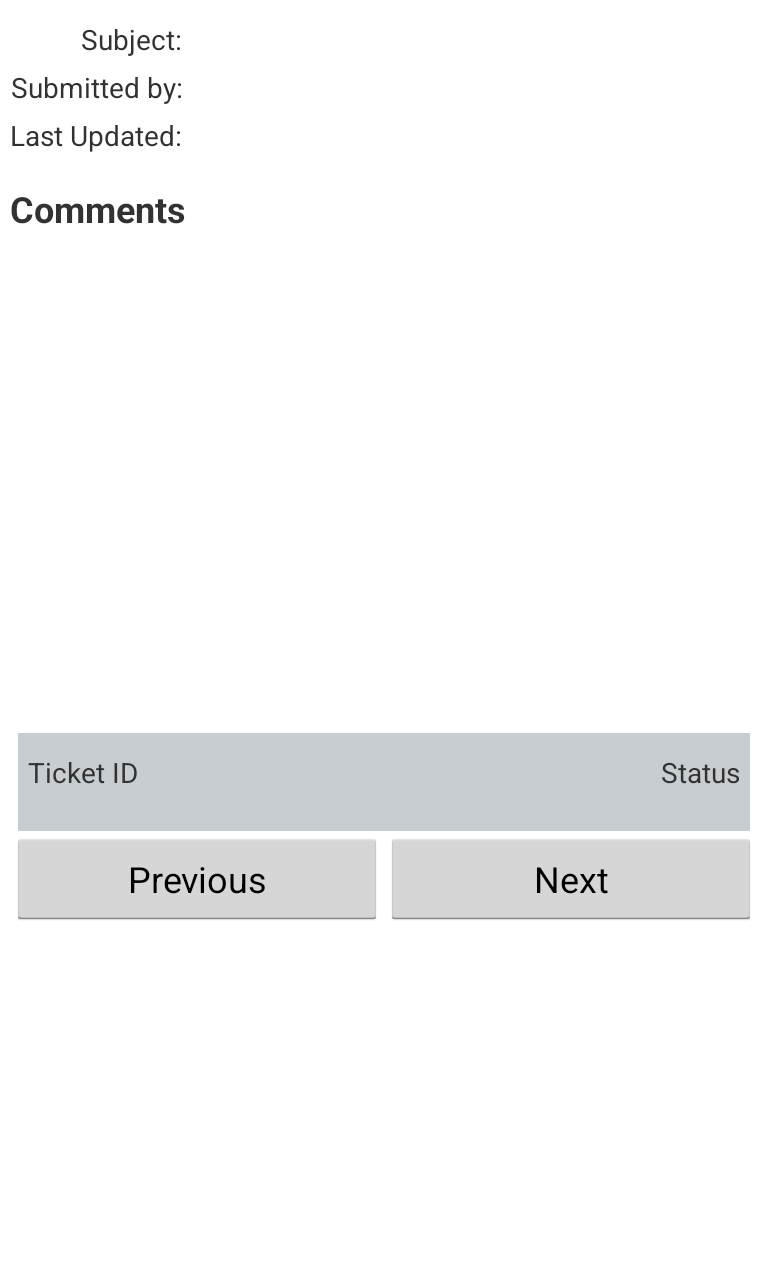
Repository: Pradeep-appstute/First
Layout: Control/res/layout/ticketdetails_view.xml
The author's editor kept a copy of each file at every save. The layout is drawn from the files as they stood at one save, then again after the next save.
It is drawn on a 768 x 1280 px phone screen (xhdpi) without system bars, with theme AppTheme; the app's code is not run. Lists and similar views that code fills are empty.

Above is the layout before, as saved 2014-03-12 10:10:25.

After the next save:
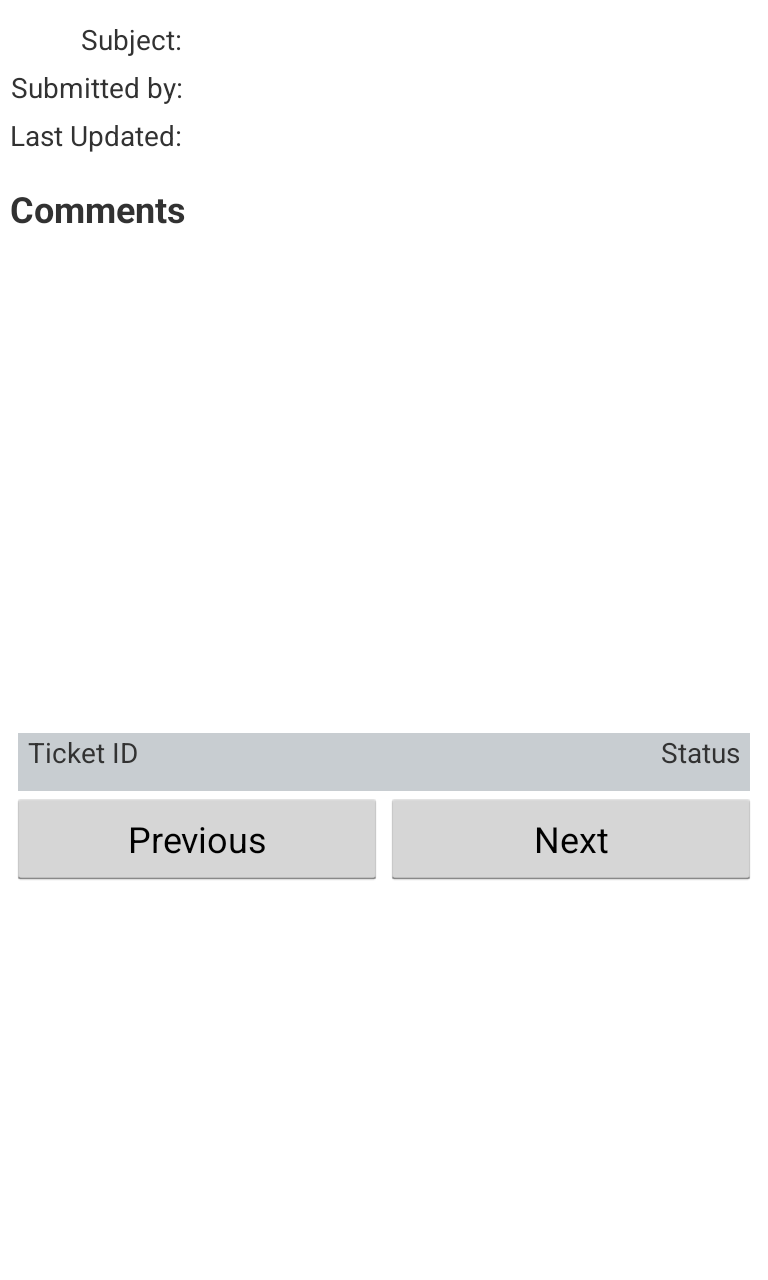
Saved 13 min 32 s later.
--- a/Control/res/layout/ticketdetails_view.xml
+++ b/Control/res/layout/ticketdetails_view.xml
@@ -93,9 +93,7 @@
         android:layout_height="wrap_content"
         android:layout_marginLeft="4dp"
         android:layout_marginRight="4dp"
-        android:background="#4345"
-        android:paddingBottom="10dp"
-        android:paddingTop="10dp" >
+        android:background="#4345" >
 
         <LinearLayout
             android:layout_width="wrap_content"

After the save that followed:
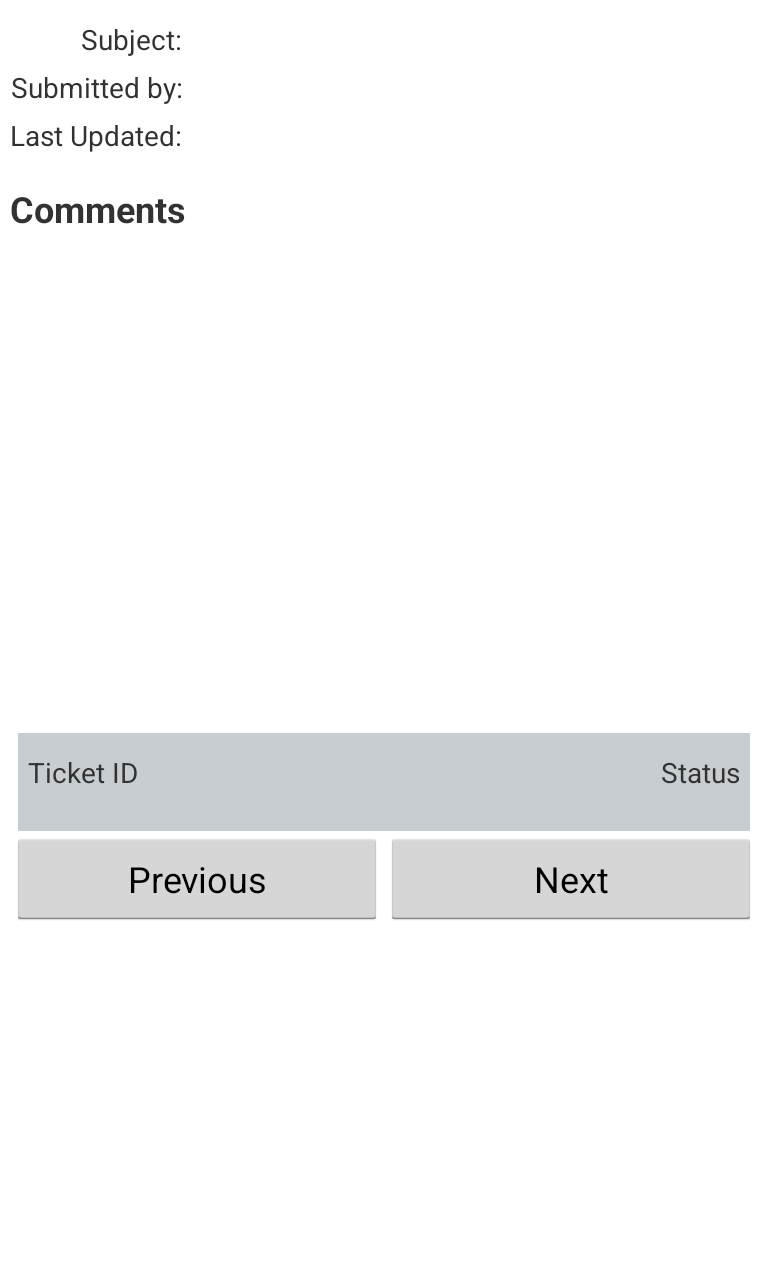
Saved 16 s later.
--- a/Control/res/layout/ticketdetails_view.xml
+++ b/Control/res/layout/ticketdetails_view.xml
@@ -93,7 +93,9 @@
         android:layout_height="wrap_content"
         android:layout_marginLeft="4dp"
         android:layout_marginRight="4dp"
-        android:background="#4345" >
+        android:background="#4345"
+        android:paddingBottom="10dp"
+        android:paddingTop="10dp" >
 
         <LinearLayout
             android:layout_width="wrap_content"
